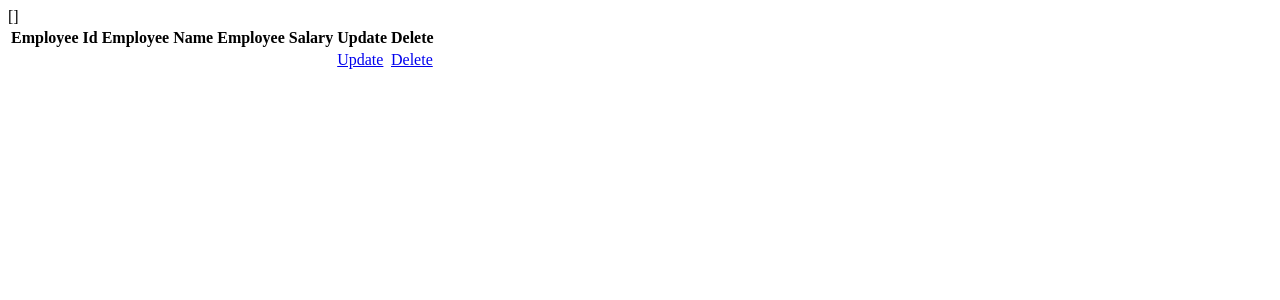
Repository: aamir5773/Spring
Page: http://localhost/SpringMvcEmployeeManagement-1WithJdbc/viewEmployee.do
These files come from the project's save history. The page is drawn as it stood at one moment and after the next save; the edit follows.
The browser window is 1280 px wide. The pictures show the whole page.
The page is served by Tomcat 9. Other server files are loaded and not shown. Queries for data that is not in the repository find no rows.

Above is the page before, as saved 2019-11-14 10:36:16.

### SpringMvcEmployeeManagement-1WithJdbc/WebContent/WEB-INF/pages/ViewEmployee.jsp
<%@ page language="java" contentType="text/html; charset=ISO-8859-1"
    pageEncoding="ISO-8859-1"%>
<!DOCTYPE html PUBLIC "-//W3C//DTD HTML 4.01 Transitional//EN" "http://www.w3.org/TR/html4/loose.dtd">
<html>
<head>
<meta http-equiv="Content-Type" content="text/html; charset=ISO-8859-1">
<title>View Employee</title>
</head>
<body>
	<%= request.getAttribute("employeeList") %>
<table>
	<tr>
			<th>Employee Id</th>
			<th>Employee Name</th>
			<th>Employee Salary</th>
			<th>Update</th>
			<th>Delete</th>
		</tr>
		 <c:forEach var="emp" items="${ requestScope.employeeList }">
			<%--<c:url var="deleteUrl" value="delete.do">
				<c:param name="username" value="${ emp.employeeId}"></c:param>
			</c:url> --%>
			<%-- <c:url var="updateUrl" value="UpdateUser.jsp">
				<c:param name="employeeId" value="${emp.employeeId}"></c:param>
				<c:param name="employeeName" value="${emp.employeeName}"></c:param>
				<c:param name="employeeSalary" value="${emp.employeeSalary}"></c:param>
			</c:url> --%>
			<tr>
				<td> <c:out value="${ emp.employeeId}"></c:out> </td>
				<td> <c:out value="${ emp.employeeName }"></c:out> </td>
				<td> <c:out value="${ emp.employeeSalary}"></c:out> </td>
				<td><a href='<c:out value="${ updateUrl }"></c:out>'>Update</a></td>
				<td><a href='<c:out value="${ deleteUrl }"></c:out>'>Delete</a></td>
			</tr>
		</c:forEach>
		</table>

</body>
</html>

### SpringMvcEmployeeManagement-1WithJdbc/src/com/lti/dao/EmployeeRowMapper.java
package com.lti.dao;

import java.sql.ResultSet;
import java.sql.SQLException;

import org.springframework.jdbc.core.RowMapper;

import com.lti.model.Employee;

public class EmployeeRowMapper implements RowMapper<Employee> {

	public Employee mapRow(ResultSet rs, int arg1) throws SQLException {
		Employee employee = new Employee();
		employee.setEmployeeId(rs.getInt("EMP_ID"));
		employee.setEmployeeName(rs.getString("EMP_NAME"));
		employee.setEmployeeSalary(rs.getDouble("EMP_SAL"));
		return employee;
	}

}

After the next save:
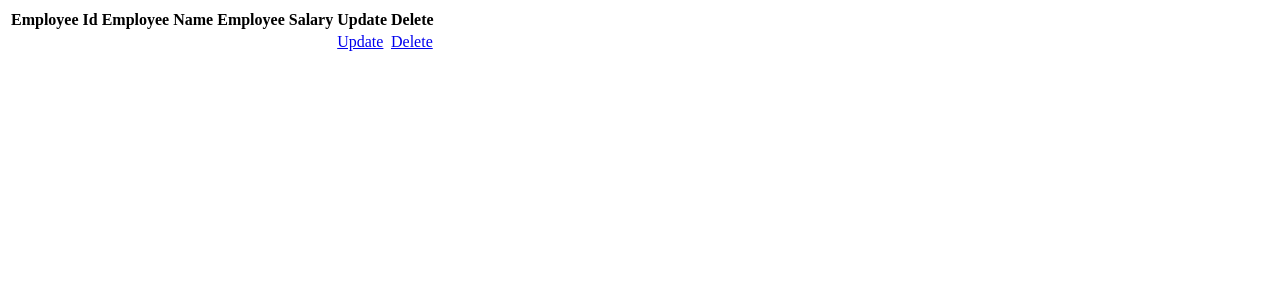
Saved 56 s later.
--- a/SpringMvcEmployeeManagement-1WithJdbc/WebContent/WEB-INF/pages/ViewEmployee.jsp
+++ b/SpringMvcEmployeeManagement-1WithJdbc/WebContent/WEB-INF/pages/ViewEmployee.jsp
@@ -7,7 +7,7 @@
 <title>View Employee</title>
 </head>
 <body>
-	<%= request.getAttribute("employeeList") %>
+	<%-- <%= request.getAttribute("employeeList") %> --%>
 <table>
 	<tr>
 			<th>Employee Id</th>
